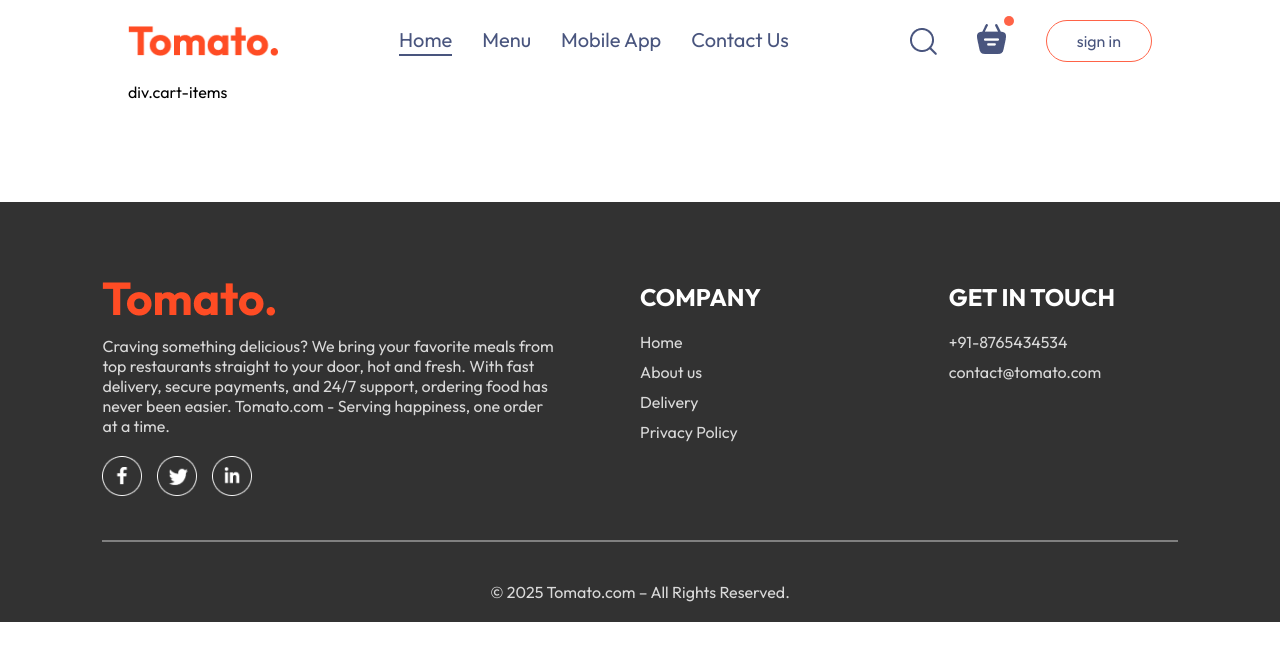
Repository: esakkiraj8104/FOOD_ORDER1
Page: /cart
These files come from the project's save history. The page is drawn as it stood at one moment and after a run of saves; the edit follows.
The browser window is 1280 px wide. The pictures show the whole page.
The project was rebuilt for these pictures with package versions that can differ from the ones it lists, and the page was loaded fresh each time. Also part of the build but not shown: vite.config.js, src/components/Navbar/Header/Haeder.css, src/components/Navbar/Header/Header.jsx, src/components/Navbar/ExploreMenu/ExploreMenu.css, src/components/Navbar/ExploreMenu/ExploreMenu.jsx, src/components/Navbar/FoodDisplay/FoodDisplay.css, src/components/Navbar/FoodItem/FoodItem.css, src/components/Navbar/FoodItem/FoodItem.jsx and 7 more. Imported but missing from the stored project, and not drawn on this page: src/pages/PlaceOrder/PlaceOrder.

Above is the page before, as saved 2025-05-20 17:57:20.

### index.html
<!doctype html>
<html lang="en">
  <head>
    <meta charset="UTF-8" />
    <link rel="icon" type="image/svg+xml" href="/vite.svg" />
    <meta name="viewport" content="width=device-width, initial-scale=1.0" />
    <title>Tomoto food Web</title>
  </head>
  <body>
    <div id="root"></div>
    <script type="module" src="/src/main.jsx"></script>
  </body>
</html>

### src/main.jsx
import React from 'react'
import ReactDOM from 'react-dom/client'
import './index.css'
import App from './App.jsx'
import {BrowserRouter} from 'react-router-dom'
import StoreContextProvider from './Context/StoreContext.jsx'

ReactDOM.createRoot(document.getElementById('root')).render(
  <BrowserRouter>
    <StoreContextProvider>
      <App />
    </StoreContextProvider>

  </BrowserRouter>

)

### src/index.css
@import url('https://fonts.googleapis.com/css2?family=Outfit:wght@100..900&display=swap');

*{
  padding: 0;
  margin: 0;
  box-sizing: border-box;
  font-family: outfit;
  scroll-behavior: smooth;
}
body{
  min-height: 100vh;
}
a{
  text-decoration :none;
  color: inherit;
}
.app{
  width: 80%;
  margin: auto;
}

@keyframes fadeIn {
  0%{
    opacity: 0;
  }
  100%{
    opacity: 1;
  }
}

### src/App.jsx
import React,{ useState } from 'react'
import { Route, Routes } from 'react-router-dom'
import Home from './pages/Home/Home'
import Cart from './pages/Cart/Cart'
import PlaceOrder from './pages/PlaceOrder/PlaceOrder'
import Navbar from './components/Navbar/Navbar/Navbar'
import Footer from './components/Navbar/Footer/Footer'
import LoginPopup from './components/LoginPopup/LoginPopup'

const App = () => {

  const[showLogin,setShowLogin]= useState(false)
  return (

    <>
    {showLogin?<LoginPopup setShowLogin={setShowLogin}/>:<></>}
      <div className='app'>
        <Navbar setShowLogin={setShowLogin}/>
        <Routes >
          <Route path='/' element={<Home />} />
          <Route path='/cart' element={<Cart />} />
          <Route path='/order' element={<PlaceOrder />} />
        </Routes>
      </div>
      <Footer />

    </>


  )
}

export default App

### src/Context/StoreContext.jsx
import { createContext, useEffect, useState } from "react";
import { food_list } from "../assets/assets";

export const StoreContext = createContext(null)

const StoreContextProvider = (props) => {

    const [cartItems,setCartItems]= useState({});

    const addToCart = (itemId) => {
        if (!cartItems[itemId]) {
            setCartItems((prev)=>({...prev,[itemId]:1}))
        }
        else{
            setCartItems((prev)=>({...prev,[itemId]:prev[itemId]+1}))
        }
    }

    const removeFromCart = (itemId) =>{
        setCartItems((prev)=>({...prev,[itemId]:prev[itemId]-1}))
    }

    useEffect(()=>{
        console.log(cartItems);
    },[cartItems])

    const contextValue = {
        food_list,
        cartItems,
        setCartItems,
        addToCart,
        removeFromCart

    }
    return (
        <StoreContext.Provider value={contextValue}>
            {props.children}
        </StoreContext.Provider>
    )
}

export default StoreContextProvider;

### src/pages/Cart/Cart.jsx
import React, { useContext } from 'react'
import './Cart.css'
import {StoreContext} from '../../Context/StoreContext'
const Cart = () => {


    const {cartItems,food_list,removeFromCart}= useContext(StoreContext);
  return (
    <div className='cart'>
        <div className="cart-items">
          div.cart-items
        </div>
    </div>
  )
}

export default Cart

### src/components/Navbar/Navbar/Navbar.jsx
import React, { useState } from 'react'
import './Navbar.css'
import { assets } from '../../../assets/assets'
import { Link } from 'react-router-dom';
const Navbar = ({setShowLogin}) => {

    const [menu,setMenu] = useState("home");
  return (
    <div className='navbar'>
        <img src={assets.logo} alt="" className="logo" />
        <ul className="navbar-menu">
        <Link to='/'className={menu === "home" ? "active" : ""} onClick={() => setMenu("home")}>Home</Link>
        <a href='#explore-menu' className={menu === "menu" ? "active" : ""} onClick={() => setMenu("menu")}>Menu</a>
        <a href='#app-download'className={menu === "mobile-app" ? "active" : ""} onClick={() => setMenu("mobile-app")}>Mobile App</a>
        <a href='#footer'className={menu === "contact us" ? "active" : ""} onClick={() => setMenu("contact us")}>Contact Us</a>
        </ul>
        <div className="navbar-right">
            <img src={assets.search_icon} alt="" />
            <div className="navbar-search-icon">
                <img src={assets.basket_icon} alt="" />
                <div className="dot"></div>
            </div>
            <button onClick={()=>setShowLogin(true)}>sign in</button>
        </div>
    </div>
  )
}

export default Navbar

### src/components/Navbar/Footer/Footer.jsx
import React from 'react'
import './Footer.css'
import { assets } from '../../../assets/assets'

const Footer = () => {
  return (

    <div className='footer' id='footer'>
      <div className="footer-content">
        <div className="footer-content-left">
          <img src={assets.logo} alt="" />
          <p>Craving something delicious? We bring your favorite meals from top restaurants straight to your door, hot and fresh.
            With fast delivery, secure payments, and  24/7 support, ordering food has never been easier.
            Tomato.com - Serving happiness, one order at a time.</p>
          <div className="footer-social-icons">
            <img src={assets.facebook_icon} alt="" />
            <img src={assets.twitter_icon} alt="" />
            <img src={assets.linkedin_icon} alt="" />
          </div>
        </div>
        <div className="footer-content-center">
          <h2>COMPANY</h2>
          <ul>
            <li>Home</li>
            <li>About us</li>
            <li>Delivery</li>
            <li>Privacy Policy</li>
          </ul>
        </div>
        <div className="footer-content-right">
          <h2>GET IN TOUCH</h2>
          <ul>
            <li>+91-8765434534</li>
            <li>contact@tomato.com</li>
          </ul>
        </div>
      </div>
      <hr />
      <p className="footer-copyright">© 2025 Tomato.com – All Rights Reserved.</p>
    </div>
  )
}

export default Footer

### src/assets/assets.js
import basket_icon from './basket_icon.png'
import logo from './logo.png'
import header_img from './header_img.png'
import search_icon from './search_icon.png'
import menu_1 from './menu_1.png'
import menu_2 from './menu_2.png'
import menu_3 from './menu_3.png'
import menu_4 from './menu_4.png'
import menu_5 from './menu_5.png'
import menu_6 from './menu_6.png'
import menu_7 from './menu_7.png'
import menu_8 from './menu_8.png'

import food_1 from './food_1.png'
import food_2 from './food_2.png'
import food_3 from './food_3.png'
import food_4 from './food_4.png'
import food_5 from './food_5.png'
import food_6 from './food_6.png'
import food_7 from './food_7.png'
import food_8 from './food_8.png'
import food_9 from './food_9.png'
import food_10 from './food_10.png'
import food_11 from './food_11.png'
import food_12 from './food_12.png'
import food_13 from './food_13.png'
import food_14 from './food_14.png'
import food_15 from './food_15.png'
import food_16 from './food_16.png'
import food_17 from './food_17.png'
import food_18 from './food_18.png'
import food_19 from './food_19.png'
import food_20 from './food_20.png'
import food_21 from './food_21.png'
import food_22 from './food_22.png'
import food_23 from './food_23.png'
import food_24 from './food_24.png'
import food_25 from './food_25.png'
import food_26 from './food_26.png'
import food_27 from './food_27.png'
import food_28 from './food_28.png'
import food_29 from './food_29.png'
import food_30 from './food_30.png'
import food_31 from './food_31.png'
import food_32 from './food_32.png'

import add_icon_white from './add_icon_white.png'
import add_icon_green from './add_icon_green.png'
import remove_icon_red from './remove_icon_red.png'
import app_store from './app_store.png'
import play_store from './play_store.png'
import linkedin_icon from './linkedin_icon.png'
import facebook_icon from './facebook_icon.png'
import twitter_icon from './twitter_icon.png'
import cross_icon from './cross_icon.png'
import selector_icon from './selector_icon.png'
import rating_starts from './rating_starts.png'
import profile_icon from './profile_icon.png'
import bag_icon from './bag_icon.png'
import logout_icon from './logout_icon.png'
import parcel_icon from './parcel_icon.png'

export const assets = {
    logo,
    basket_icon,
    header_img,
    search_icon,
    rating_starts,
    add_icon_green,
    add_icon_white,
    remove_icon_red,
    app_store,
    play_store,
    linkedin_icon,
    facebook_icon,
    twitter_icon,
    cross_icon,
    selector_icon,
    profile_icon,
    logout_icon,
    bag_icon,
    parcel_icon
}

export const menu_list = [
    {
        menu_name: "Salad",
        menu_image: menu_1
    },
    {
        menu_name: "Rolls",
        menu_image: menu_2
    },
    {
        menu_name: "Deserts",
        menu_image: menu_3
    },
    {
        menu_name: "Sandwich",
        menu_image: menu_4
    },
    {
        menu_name: "Cake",
        menu_image: menu_5
    },
    {
        menu_name: "Pure Veg",
        menu_image: menu_6
    },
    {
        menu_name: "Pasta",
        menu_image: menu_7
    },
    {
        menu_name: "Noodles",
        menu_image: menu_8
    }]

export const food_list = [
    {
        _id: "1",
        name: "Greek salad",
        image: food_1,
        price: 12,
        description: "Food provides essential nutrients for overall health and well-being",
        category: "Salad"
    },
    {
        _id: "2",
        name: "Veg salad",
        image: food_2,
        price: 18,
        description: "Food provides essential nutrients for overall health and well-being",
        category: "Salad"
    }, {
        _id: "3",
        name: "Clover Salad",
        image: food_3,
        price: 16,
        description: "Food provides essential nutrients for overall health and well-being",
        category: "Salad"
    }, {
        _id: "4",
        name: "Chicken Salad",
        image: food_4,
        price: 24,
        description: "Food provides essential nutrients for overall health and well-being",
        category: "Salad"
    }, {
        _id: "5",
        name: "Lasagna Rolls",
        image: food_5,
        price: 14,
        description: "Food provides essential nutrients for overall health and well-being",
        category: "Rolls"
    }, {
        _id: "6",
        name: "Peri Peri Rolls",
        image: food_6,
        price: 12,
        description: "Food provides essential nutrients for overall health and well-being",
        category: "Rolls"
    }, {
        _id: "7",
        name: "Chicken Rolls",
        image: food_7,
        price: 20,
        description: "Food provides essential nutrients for overall health and well-being",
        category: "Rolls"
    }, {
        _id: "8",
        name: "Veg Rolls",
        image: food_8,
        price: 15,
        description: "Food provides essential nutrients for overall health and well-being",
        category: "Rolls"
    }, {
        _id: "9",
        name: "Ripple Ice Cream",
        image: food_9,
        price: 14,
        description: "Food provides essential nutrients for overall health and well-being",
        category: "Deserts"
    }, {
        _id: "10",
        name: "Fruit Ice Cream",
        image: food_10,
        price: 22,
        description: "Food provides essential nutrients for overall health and well-being",
        category: "Deserts"
    }, {
        _id: "11",
        name: "Jar Ice Cream",
        image: food_11,
        price: 10,
        description: "Food provides essential nutrients for overall health and well-being",
        category: "Deserts"
    }, {
        _id: "12",
        name: "Vanilla Ice Cream",
        image: food_12,
        price: 12,
        description: "Food provides essential nutrients for overall health and well-being",
        category: "Deserts"
    },
    {
        _id: "13",
        name: "Chicken Sandwich",
        image: food_13,
        price: 12,
        description: "Food provides essential nutrients for overall health and well-being",
        category: "Sandwich"
    },
    {
        _id: "14",
        name: "Vegan Sandwich",
        image: food_14,
        price: 18,
        description: "Food provides essential nutrients for overall health and well-being",
        category: "Sandwich"
    }, {
        _id: "15",
        name: "Grilled Sandwich",
        image: food_15,
        price: 16,
        description: "Food provides essential nutrients for overall health and well-being",
        category: "Sandwich"
    }, {
        _id: "16",
        name: "Bread Sandwich",
        image: food_16,
        price: 24,
        description: "Food provides essential nutrients for overall health and well-being",
        category: "Sandwich"
    }, {
        _id: "17",
        name: "Cup Cake",
        image: food_17,
        price: 14,
        description: "Food provides essential nutrients for overall health and well-being",
        category: "Cake"
    }, {
        _id: "18",
        name: "Vegan Cake",
        image: food_18,
        price: 12,
        description: "Food provides essential nutrients for overall health and well-being",
        category: "Cake"
    }, {
        _id: "19",
        name: "Butterscotch Cake",
        image: food_19,
        price: 20,
        description: "Food provides essential nutrients for overall health and well-being",
        category: "Cake"
    }, {
        _id: "20",
        name: "Sliced Cake",
        image: food_20,
        price: 15,
        description: "Food provides essential nutrients for overall health and well-being",
        category: "Cake"
    }, {
        _id: "21",
        name: "Garlic Mushroom ",
        image: food_21,
        price: 14,
        description: "Food provides essential nutrients for overall health and well-being",
        category: "Pure Veg"
    }, {
        _id: "22",
        name: "Fried Cauliflower",
        image: food_22,
        price: 22,
        description: "Food provides essential nutrients for overall health and well-being",
        category: "Pure Veg"
    }, {
        _id: "23",
        name: "Mix Veg Pulao",
        image: food_23,
        price: 10,
        description: "Food provides essential nutrients for overall health and well-being",
        category: "Pure Veg"
    }, {
        _id: "24",
        name: "Rice Zucchini",
        image: food_24,
        price: 12,
        description: "Food provides essential nutrients for overall health and well-being",
        category: "Pure Veg"
    },
    {
        _id: "25",
        name: "Cheese Pasta",
        image: food_25,
        price: 12,
        description: "Food provides essential nutrients for overall health and well-being",
        category: "Pasta"
    },
    {
        _id: "26",
        name: "Tomato Pasta",
        image: food_26,
        price: 18,
        description: "Food provides essential nutrients for overall health and well-being",
        category: "Pasta"
    }, {
        _id: "27",
        name: "Creamy Pasta",
        image: food_27,
        price: 16,
        description: "Food provides essential nutrients for overall health and well-being",
        category: "Pasta"
    }, {
        _id: "28",
        name: "Chicken Pasta",
        image: food_28,
        price: 24,
        description: "Food provides essential nutrients for overall health and well-being",
        category: "Pasta"
    }, {
        _id: "29",
        name: "Buttter Noodles",
        image: food_29,
        price: 14,
        description: "Food provides essential nutrients for overall health and well-being",
        category: "Noodles"
    }, {
        _id: "30",
        name: "Veg Noodles",
        image: food_30,
        price: 12,
        description: "Food provides essential nutrients for overall health and well-being",
        category: "Noodles"
    }, {
        _id: "31",
        name: "Somen Noodles",
        image: food_31,
        price: 20,
        description: "Food provides essential nutrients for overall health and well-being",
        category: "Noodles"
    }, {
        _id: "32",
        name: "Cooked Noodles",
        image: food_32,
        price: 15,
        description: "Food provides essential nutrients for overall health and well-being",
        category: "Noodles"
    }
]

### src/components/Navbar/Navbar/Navbar.css
.navbar{
    padding: 20px 0px;
    display: flex;
    justify-content: space-between;
    align-items: center;
}

.navbar .logo{
    width: 150px;
}

.navbar-menu{
    display: flex;
    list-style: none;
    gap: 30px;
    color: #49557e;
    font-size: 20px;
}

.navbar-right{
    display: flex;
    align-items: center;
    gap: 40px;
}

.navbar button{
    background: transparent;
    font-size: 16px;
    color: #49557e;
    border: 1px solid tomato;
    padding: 10px 30px;
    border-radius: 50px;
    cursor: pointer;
    transition: 0.3;
}

.navbar button:hover{
    background-color: #fff4f2;
}

.navbar .active{
    padding-bottom: 2px;
    border-bottom: 2px solid #49557e;
}

.navbar li{
    cursor: pointer;
}

.navbar-search-icon{
    position:relative;
}

.navbar-search-icon .dot{
    position: absolute;
    min-width: 10px;
    min-height: 10px;
    background-color: tomato;
    border-radius: 5px;
    top: -8px;
    right: -8px;
}
@media(max-width:1050px) {
    .navbar .logo{
        width: 140px;
    }
    .navbar-menu{
        gap: 20px;
        font-size: 17px;
    }
    .navbar-right{
        gap: 30px;
    }
    .navbar-right img{
        width: 22px;
    }
    .navbar-right button{
        padding: 8px 25px;
    }
}
@media(max-width:900px) {
    .navbar .logo{
        width: 120px;
    }
    .navbar-menu{
        gap: 15px;
        font-size: 16px;
    }
    .navbar-right{
        gap: 20px;
    }
    .navbar-right img{
        width: 20px;
    }
    .navbar-right button{
        padding: 7px 20px;
        font-size: 15px;
    }
}
@media(max-width:750px) {
    .navbar-menu{
        display: none;
    }
}

### src/components/Navbar/Footer/Footer.css
.footer{
    color: #d9d9d9;
    background: #323232;
    display: flex;
    flex-direction: column;
    align-items: center;
    gap: 20px;
    padding: 20px 8vw;
    padding-top: 80px;
    margin-top: 100px;

}

.footer-content{
    width: 100%;
    display: grid;
    grid-template-columns: 2fr 1fr 1fr;
    gap: 80px;
}
.footer-content-left, .footer-content-right, .footer-content-center{
    display: flex;
    flex-direction: column;
    align-items: start;
    gap: 20px;
}
.footer-content-left li, .footer-content-right li, .footer-content-center li{
    list-style: none;
    margin-bottom: 10px;
    cursor: pointer;
}
.footer-content-right h2, .footer-content-center h2 {
    color: white;
}
.footer-social-icons img{
    width: 40px;
    margin-right: 15px;
}
.footer hr{
    width: 100%;
    height: 2px;
    margin: 20px 0;
    background-color: grey;
    border: none;
}
@media (max-width:750px) {
    .footer-content{
        display: flex;
        flex-direction: column;
        gap: 35px;
    }
    .footer-copyright{
        text-align: center;
    }
}

Loaded but not shown: src/pages/Cart/Cart.css (no copy from this time; the picture is the same without it); src/pages/Home/Home.css (no stored copy; drawn as an empty file)

After the next 4 saves:
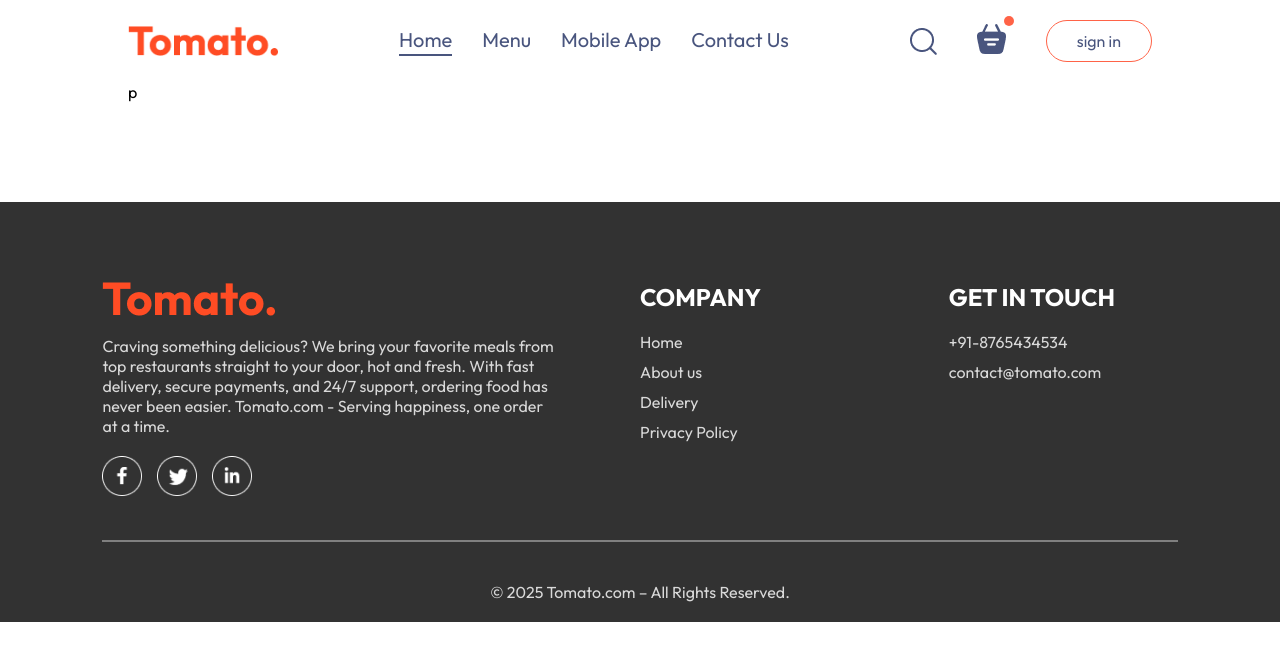
The 4 saves are shown as one change because they came seconds apart.
The last was saved 9 s later.
--- a/src/pages/Cart/Cart.jsx
+++ b/src/pages/Cart/Cart.jsx
@@ -8,7 +8,9 @@ const Cart = () => {
   return (
     <div className='cart'>
         <div className="cart-items">
-          div.cart-items
+          <div className="cart-items-title">
+            p
+          </div>
         </div>
     </div>
   )
